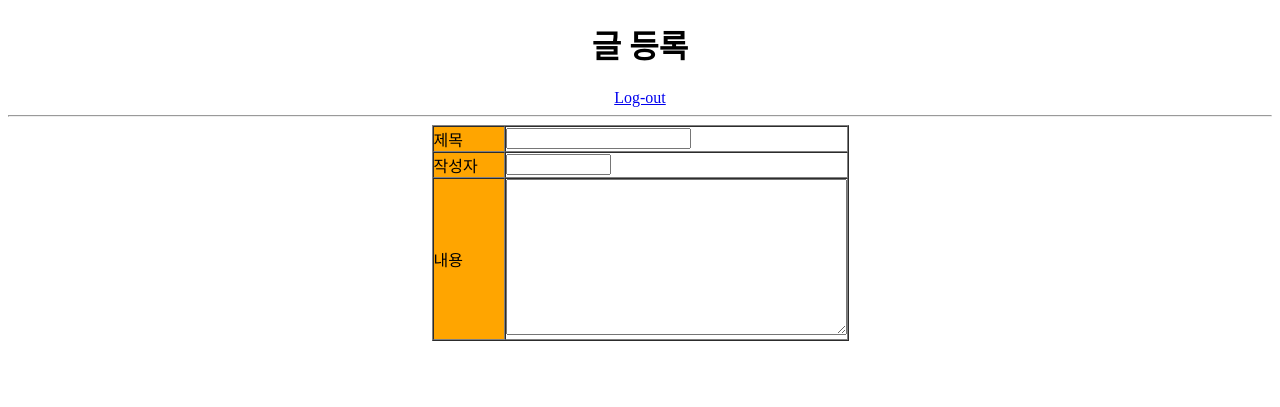
Repository: noopzzya/study_spring_globalin
Page: http://localhost/BoardWeb/insertBoard.jsp
An editor plug-in stored every save of this project. The page is shown before and after the next save, followed by the edit.
The browser window is 1280 px wide. The pictures show the whole page.
The page is served by Tomcat 9. Other server files are loaded and not shown.

Above is the page before, as saved 2023-03-09 03:00:34.

### BoardWeb/src/main/webapp/insertBoard.jsp
<%@ page language="java" contentType="text/html; charset=UTF-8"
    pageEncoding="UTF-8"%>
<!DOCTYPE html>
<html>
<head>
<meta charset="UTF-8">
<title>Insert title here</title>
</head>
<body>

<div align="center">
<h1>글 등록</h1>
<a href="logout_proc.jsp">Log-out</a>
<hr>

<form action="insertBoard_proc.jsp" method="post">

<table border="1" cellpadding="0" cellspacing="0">
	<tr>
		<td bgcolor="orange" width="70">제목</td>
		<td align="left"><input type="text" name="title"></td>
	</tr>

	<tr>
		<td bgcolor="orange" width="70">작성자</td>
		<td align="left"><input type="text" name="writer" size="10"></td>
	</tr>

	<tr>
		<td bgcolor="orange">내용</td>
		<td align="left">
			<textarea rows="10" cols="40" name="content"></textarea>
		</td>
	</tr>
</table>

</form>

</div>


</body>
</html>

After the next save:
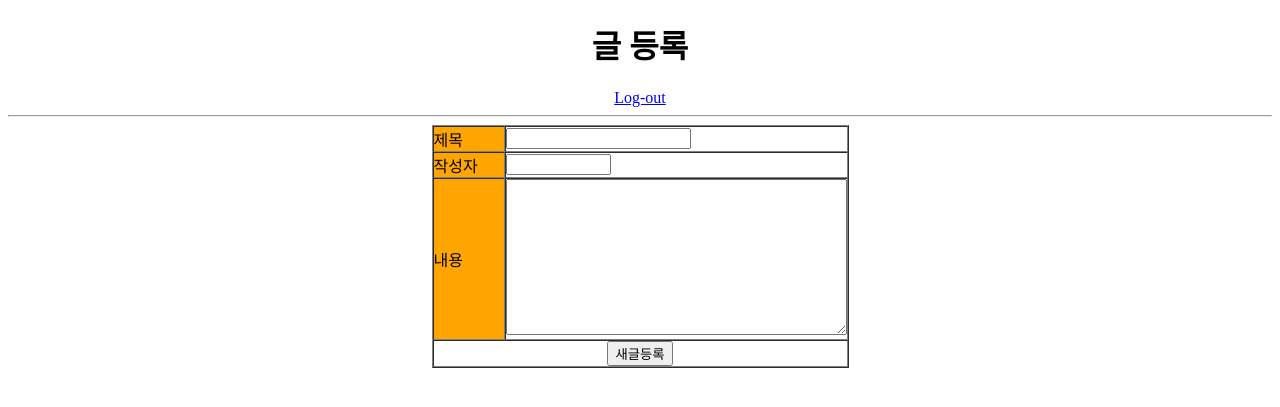
Saved 40 s later.
--- a/BoardWeb/src/main/webapp/insertBoard.jsp
+++ b/BoardWeb/src/main/webapp/insertBoard.jsp
@@ -32,6 +32,12 @@
 			<textarea rows="10" cols="40" name="content"></textarea>
 		</td>
 	</tr>
+
+	<tr>
+		<td colspan="2" align="center">
+			<input type="submit" value="새글등록">
+		</td>
+	</tr>
 </table>
 
 </form>
